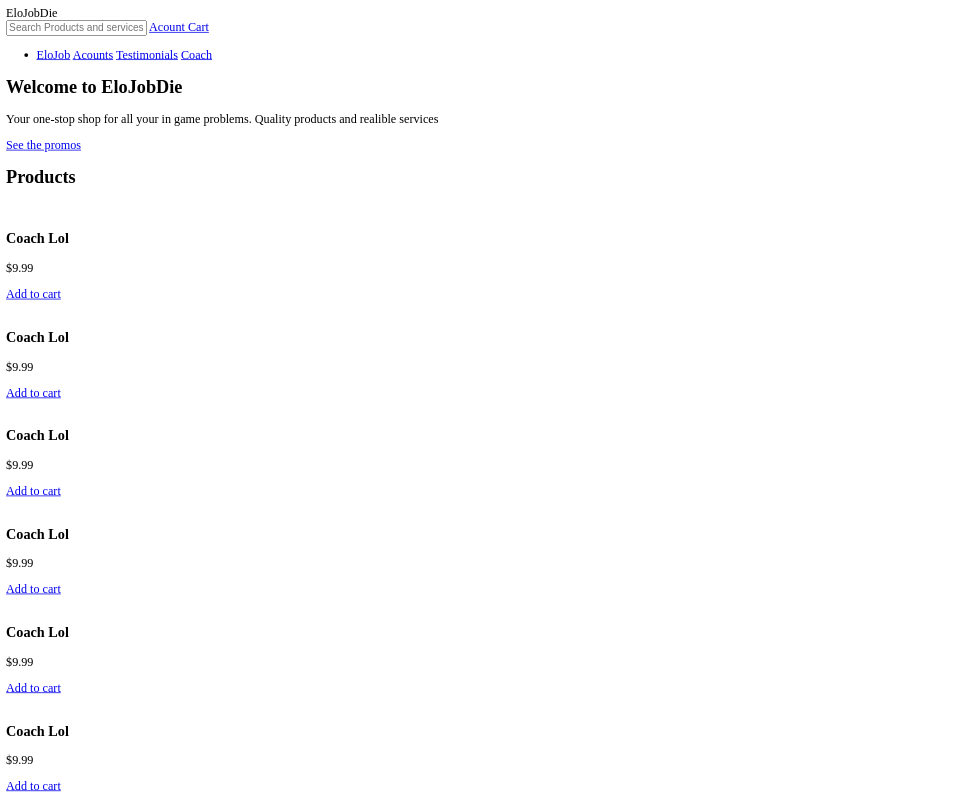
Repository: JustTheHero/web_online_store
Page: homePage.html
The author's editor kept a copy of each file at every save. The page is drawn from the files as they stood at one save, then again after the next save.
The browser window is 1280 px wide. The pictures show the whole page, at 76% of full size.

Above is the page before, as saved 2025-04-24 09:30:47.

After the next save:
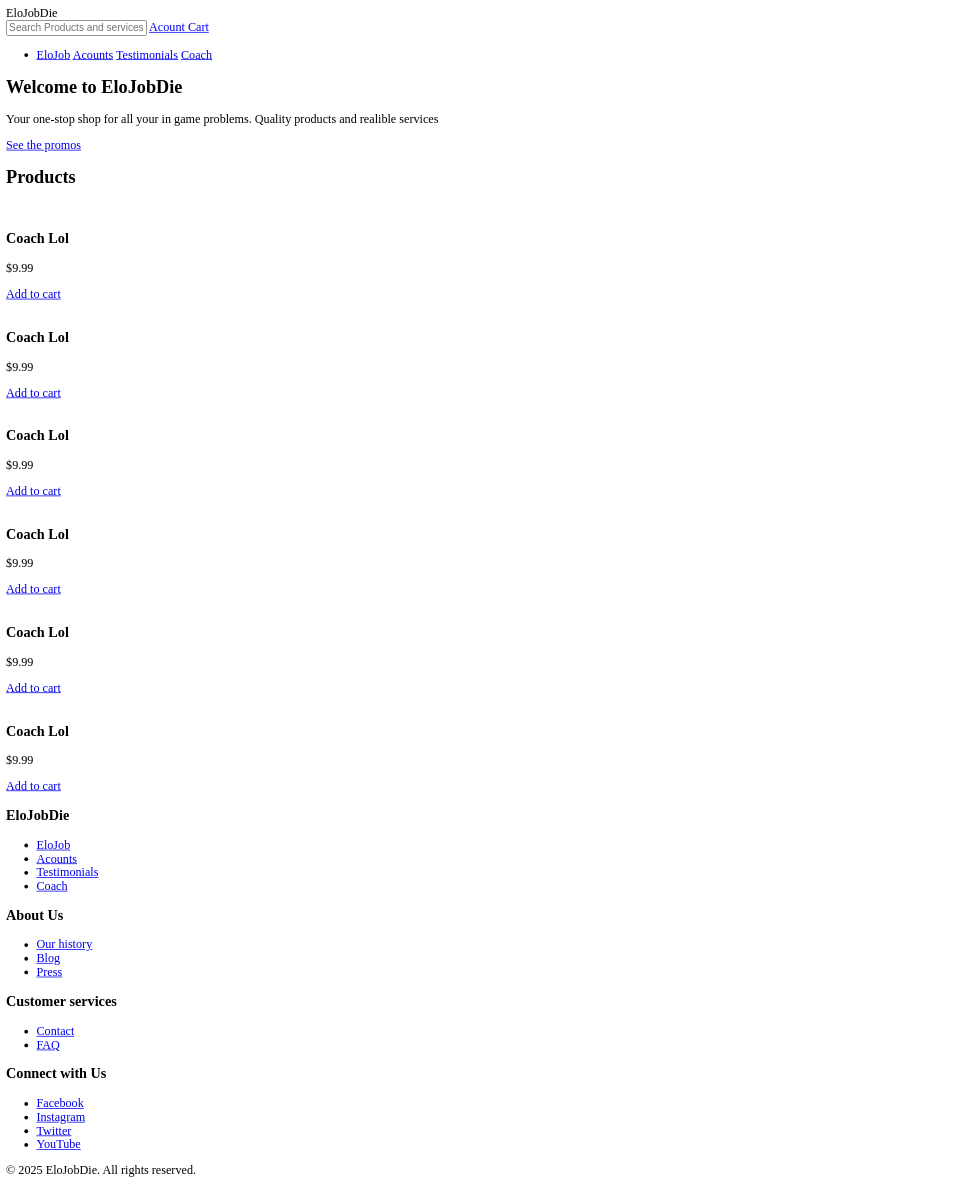
Saved 7 min 7 s later.
--- a/homePage.html
+++ b/homePage.html
@@ -119,7 +119,45 @@
     </section>
     <footer>
         <div class = "container_footer">
-            <div class = ""
+            <div class = "content_footer">
+                <div class = "col_footer">
+                    <h3>EloJobDie</h3>
+                    <ul>
+                        <li><a href="#elojob">EloJob</a></li>
+                        <li><a href="#acounts">Acounts</a></li>
+                        <li><a href="#testimonials">Testimonials</a></li>
+                        <li><a href="#coach">Coach</a></li>
+                    </ul>
+
+                </div>
+                <div class = "col_footer">
+                    <h3>About Us</h3>
+                    <ul>
+                        <li><a href="#history">Our history</a></li>
+                        <li><a href="#blog">Blog</a></li>
+                        <li><a href="#press">Press</a></li>
+                    </ul>
+                </div>
+                <div class = "col_footer">
+                    <h3>Customer services</h3>
+                    <ul>
+                        <li><a href="#contact">Contact</a></li>
+                        <li><a href="#faq">FAQ</a></li>
+                    </ul>
+                </div>
+                <div class = "col_footer">
+                    <h3>Connect with Us</h3>
+                    <ul>
+                        <li><a href="#facebook">Facebook</a></li>
+                        <li><a href="#instagram">Instagram</a></li>
+                        <li><a href="#twitter">Twitter</a></li>
+                        <li><a href="#youtube">YouTube</a></li>
+                    </ul>
+                </div>
+            </div>
+            <div class = "bottom_footer">
+                <p>&copy; 2025 EloJobDie. All rights reserved.</p>
+            </div>
         </div>
     </footer>
 
